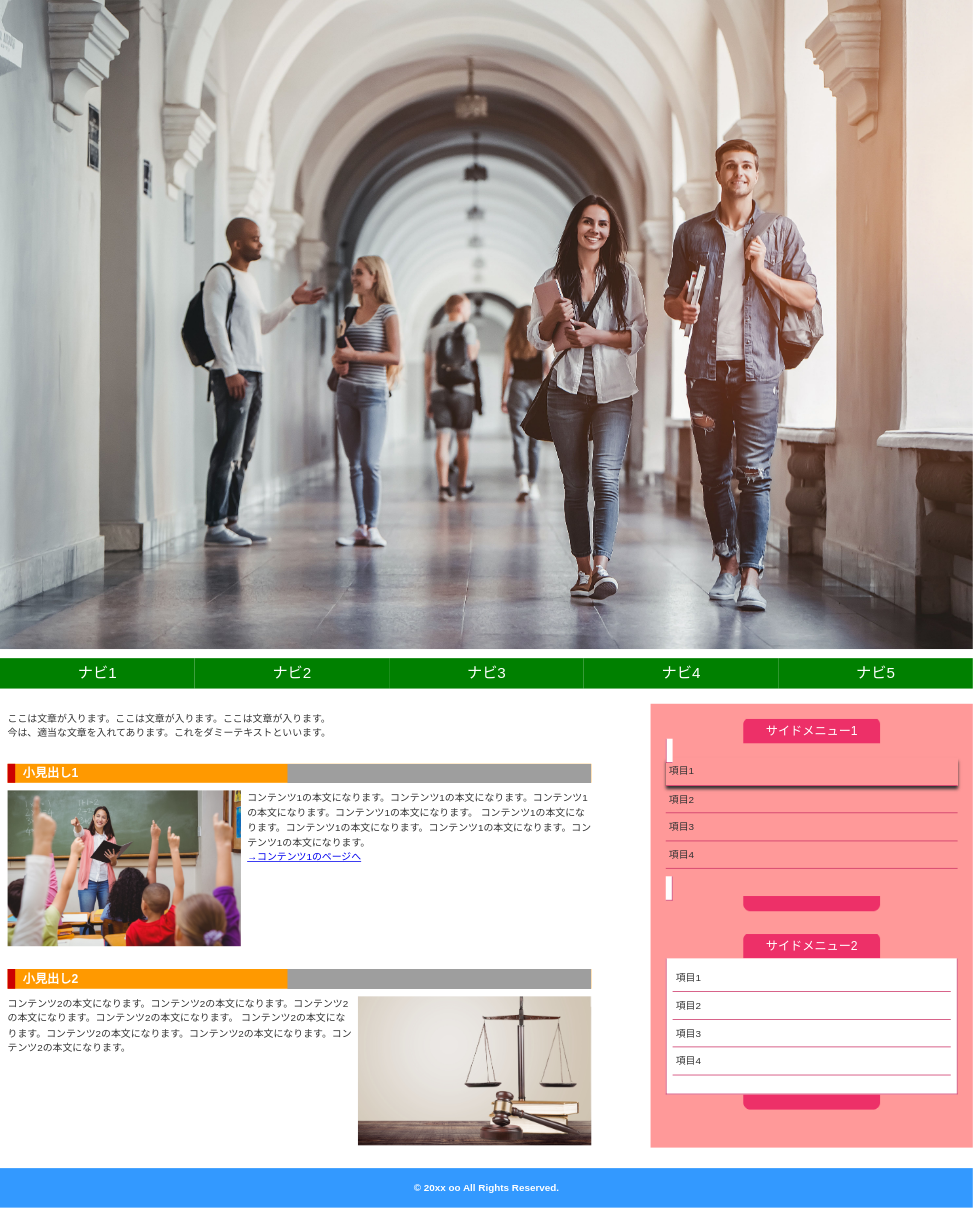
Repository: iDicek/samurai_HTML-CSS
Page: home.html
The author's editor kept a record of every edit. The page is drawn from the files as they stood at one moment, then again after the next edit.
The browser window is 1280 px wide. The pictures show the whole page, at 76% of full size.
The pointer rests on the first visible `#side .box .boxBody ul li`.
Pictures or frames that could not be fetched are drawn as grey boxes.

Above is the page before.

After the next edit:
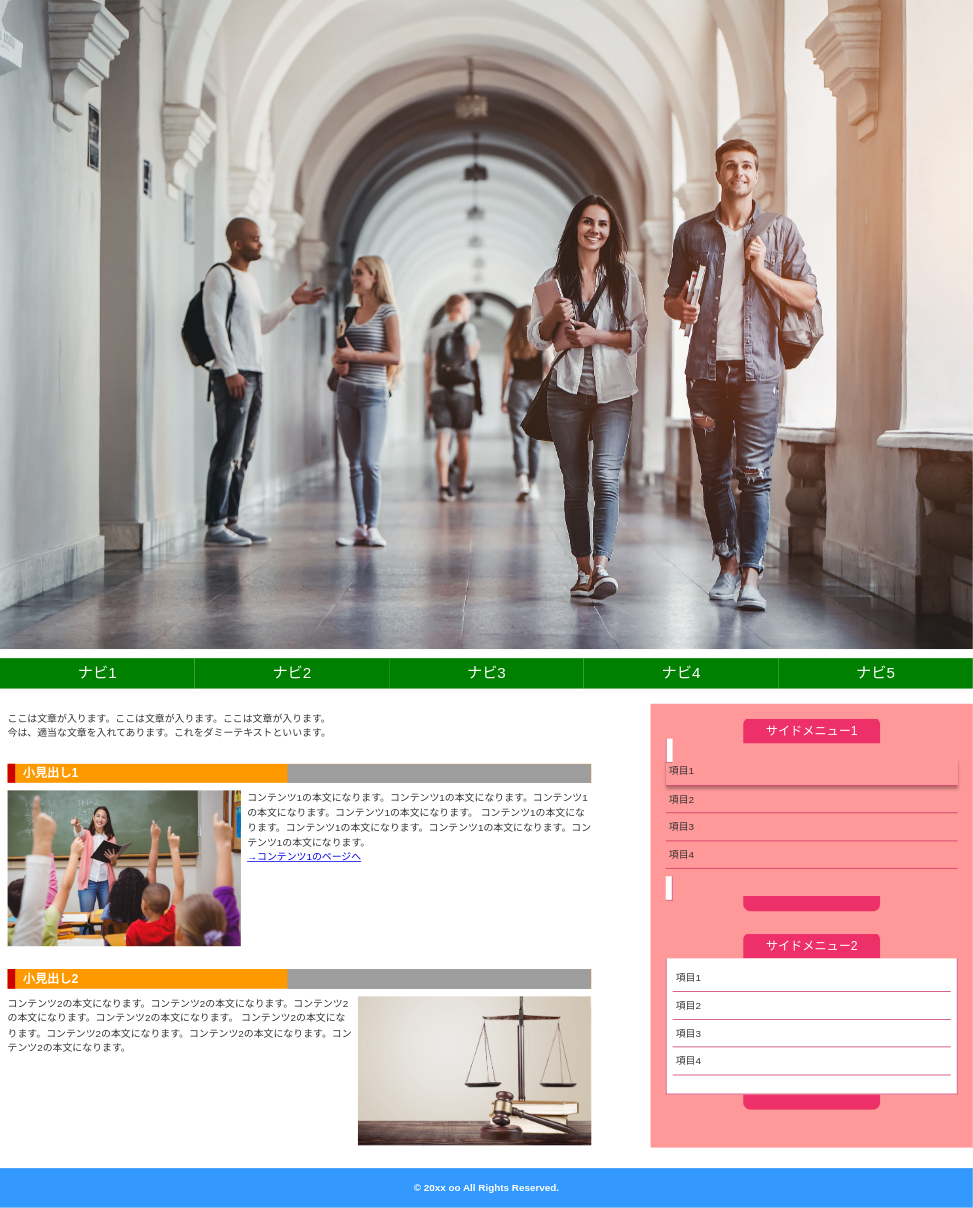
The edit:
--- a/stylesheet.css
+++ b/stylesheet.css
@@ -182,5 +182,5 @@
     padding: 8px 0 8px 4px;
     list-style: none;
     border-bottom: solid 1px #C36;
-    box-shadow: 0px 4px 4px
+    box-shadow: 0px 4px 4px rgba(0, 0, 0, 0.3);
 }
